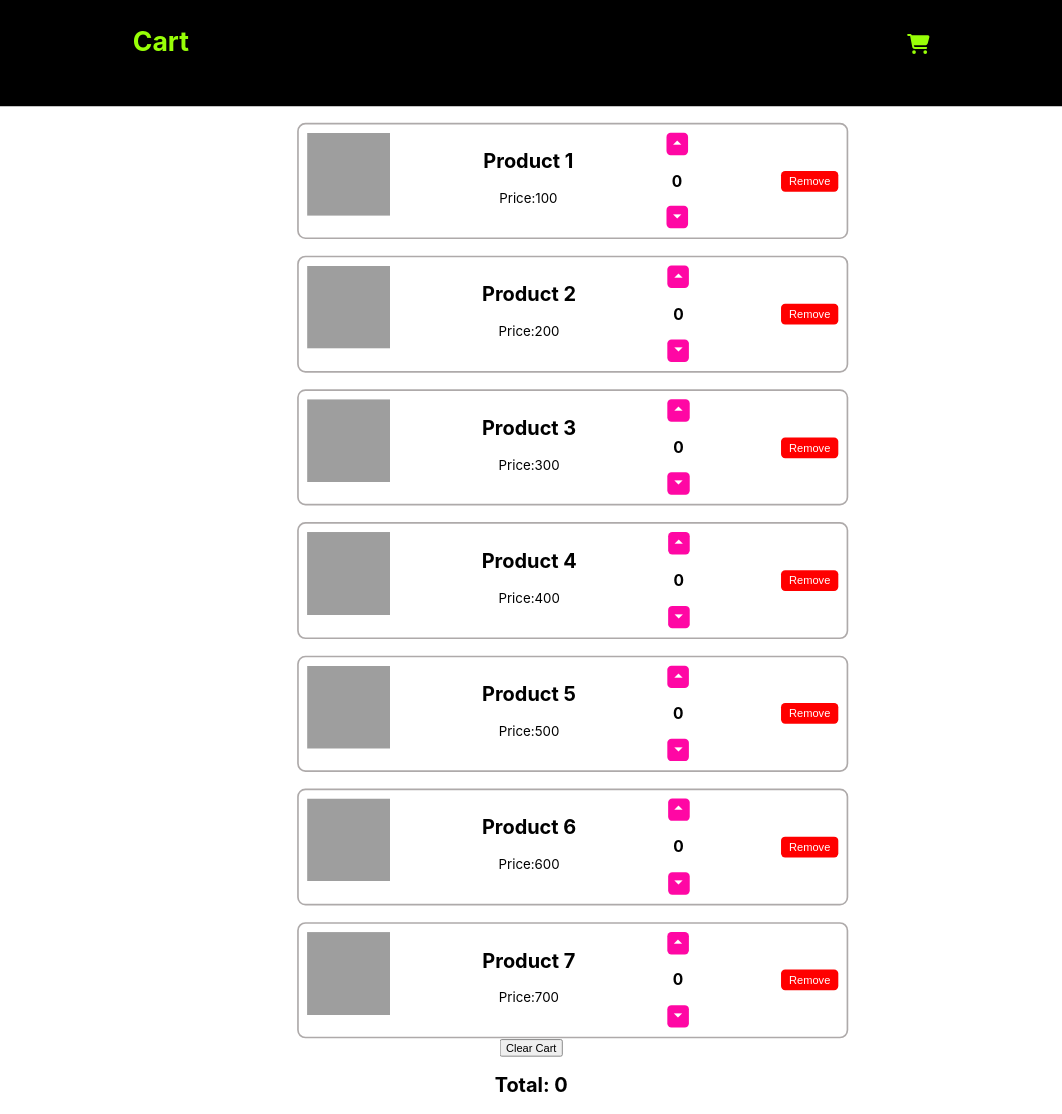
Repository: sriram1224/Cart-react-app
Page: /
An editor plug-in stored every save of this project. The page is shown before and after the next save, followed by the edit.
The browser window is 1280 px wide. The pictures show the whole page, at 83% of full size.
Pictures or frames that could not be fetched are drawn as grey boxes. The project was rebuilt for these pictures with package versions that can differ from the ones it lists, and the page was loaded fresh each time.

Above is the page before, as saved 2024-03-12 22:28:04.

### public/index.html
<!DOCTYPE html>
<html lang="en">

<head>
  <meta charset="utf-8" />
  <link rel="icon" href="%PUBLIC_URL%/favicon.ico" />
  <meta name="viewport" content="width=device-width, initial-scale=1" />
  <meta name="theme-color" content="#000000" />
  <meta name="description" content="Web site created using create-react-app">
  <link rel="stylesheet"
    href="https://fonts.googleapis.com/css2?family=Material+Symbols+Outlined:opsz,wght,FILL,GRAD@24,400,0,0" />


  <title>React App</title>
</head>

<body>
  <noscript>You need to enable JavaScript to run this app.</noscript>
  <div id="root"></div>

</body>

</html>

### src/App.js
import Nav from "./Components/Nav.js"
import './App.css';
import Cart from './Components/cart.js';
function App() {
  return (
    <div className="App">

      <Cart />
    </div>
  );
}

export default App;

### src/Components/Nav.js
import { FontAwesomeIcon } from '@fortawesome/react-fontawesome';
import { faShoppingCart } from '@fortawesome/free-solid-svg-icons';
import './Navbar.css';

function Navbar({ cartItems }) {
      console.log(cartItems);
    return (

      <div className="nav-container">
      <div className="cart">
          <div className="heading">
              <h1>
              Cart
              </h1>
          </div>
      <h1>
        <div className="cart-icon-container">
          <FontAwesomeIcon icon={faShoppingCart} className="cart-icon" />
          {cartItems > 0 && (
            <span className="cart-count">{cartItems}</span>
          )}
        </div>

      </h1>
    </div>
      </div>
  );
}

export default Navbar;

### src/Components/cart.js
import React, { useState, useEffect } from "react";
import { BiSolidUpArrow, BiSolidDownArrow } from "react-icons/bi";
import Nav from './Nav'
import './cart.css'

function Cart() {
    const [products, setProducts] = useState([
        { id: "1", name: "Product 1", price: 100, quantity: 0, image: "https://images.unsplash.com/photo-1564466809058-bf4114d55352?w=500&auto=format&fit=crop&q=60&ixlib=rb-4.0.3&ixid=M3wxMjA3fDB8MHxzZWFyY2h8MjN8fHByb2R1Y3R8ZW58MHx8MHx8fDA%3D" },
        { id: "2", name: "Product 2", price: 200, quantity: 0, image: "https://images.unsplash.com/photo-1560343090-f0409e92791a?w=500&auto=format&fit=crop&q=60&ixlib=rb-4.0.3&ixid=M3wxMjA3fDB8MHxzZWFyY2h8N3x8cHJvZHVjdHxlbnwwfHwwfHx8MA%3D%3D" },
        { id: "3", name: "Product 3", price: 300, quantity: 0, image: "https://images.unsplash.com/photo-1560343090-f0409e92791a?w=500&auto=format&fit=crop&q=60&ixlib=rb-4.0.3&ixid=M3wxMjA3fDB8MHxzZWFyY2h8N3x8cHJvZHVjdHxlbnwwfHwwfHx8MA%3D%3D" },
        { id: "4", name: "Product 4", price: 400, quantity: 0, image: "https://images.unsplash.com/photo-1542291026-7eec264c27ff?w=500&auto=format&fit=crop&q=60&ixlib=rb-4.0.3&ixid=M3wxMjA3fDB8MHxzZWFyY2h8MTF8fHByb2R1Y3R8ZW58MHx8MHx8fDA%3D" },
        { id: "5", name: "Product 5", price: 500, quantity: 0, image: "https://images.unsplash.com/photo-1553456558-aff63285bdd1?w=500&auto=format&fit=crop&q=60&ixlib=rb-4.0.3&ixid=M3wxMjA3fDB8MHxzZWFyY2h8MTJ8fHByb2R1Y3R8ZW58MHx8MHx8fDA%3D" },
        { id: "6", name: "Product 6", price: 600, quantity: 0, image: "https://images.unsplash.com/photo-1553456558-aff63285bdd1?w=500&auto=format&fit=crop&q=60&ixlib=rb-4.0.3&ixid=M3wxMjA3fDB8MHxzZWFyY2h8MTJ8fHByb2R1Y3R8ZW58MHx8MHx8fDA%3D" },
        { id: "7", name: "Product 7", price: 700, quantity: 0, image: "https://images.unsplash.com/photo-1583394838336-acd977736f90?w=500&auto=format&fit=crop&q=60&ixlib=rb-4.0.3&ixid=M3wxMjA3fDB8MHxzZWFyY2h8MTl8fHByb2R1Y3R8ZW58MHx8MHx8fDA%3D" }
    ]);

    const [total, setTotal] = useState(0);
    const [cartItems, setCartItems] = useState(0);

    useEffect(() => {
        let newCartItems = 0;
        products.forEach(product => {
            newCartItems += product.quantity;
        });
        setCartItems(newCartItems);
    }, [products]);

    const increaseQuantity = (index) => {
        const updatedProducts = [...products];
        updatedProducts[index].quantity++;
        setProducts(updatedProducts);
        updateTotal();
    };

    const decreaseQuantity = (index) => {
        const updatedProducts = [...products];
        if (updatedProducts[index].quantity > 0) {
            updatedProducts[index].quantity--;
            setProducts(updatedProducts);
            updateTotal();
        }
    };

    const updateTotal = () => {
        let newTotal = 0;
        products.forEach((product) => {
            newTotal += product.quantity * product.price;
        });
        setTotal(newTotal);
    };

    const clearCart = () => {
        setProducts([]);
        setTotal(0);
        setCartItems(0);
    };

    const removeFromCart = (index) => {
        const updatedProducts = [...products];
        updatedProducts.splice(index, 1);
        setProducts(updatedProducts);
        updateTotal();
    };

    return (
        <div>
            <Nav cartItems={cartItems} />
            <div className="">
                {products.map((product, index) => {
                    return (
                        <div className="product-container" key={index}>
                            <img src={product.image} alt={product.name} />
                            <div className="text">
                            <h2>{product.name}</h2>
                            <p>Price:{product.price}</p></div>
                            <div className="button-quantity">
                                <button onClick={() => increaseQuantity(index)}>
                                    <span class="material-symbols-outlined">
arrow_drop_up
</span>
                                </button>
                                <h3>{product.quantity}</h3>
                                <button onClick={() => decreaseQuantity(index)}>
                                    <span class="material-symbols-outlined">
arrow_drop_down
</span>
                                </button>
                            </div>
                            <div className="rm-button">
                            <button onClick={() => removeFromCart(index)}>Remove</button>
                        </div></div>
                    );
                })}
                <button onClick={clearCart}>Clear Cart</button>
                <h2>Total: {total}</h2>
            </div>
        </div>
    );
}

export default Cart;

### src/Components/Navbar.css
.cart-icon-container {
    position: relative;
    display: inline-block;
}

.cart-icon {
    font-size: 1.5rem;
    color: rgb(152, 255, 7);

}

.cart-count {
    position: absolute;
    top: -10px;

    right: -10px;
    /* Adjust the horizontal positioning */
    background-color: red;
    color: white;
    border-radius: 50%;
    padding: 2px 6px;
    font-size: 0.8rem;
    /* Adjust the font size as needed */
}

.cart{
    display: flex;
    justify-content: space-between;
    margin: 0 10rem;
    align-items: center;
    padding-top: 10px;

}

.heading{
text-align: center;
color: rgb(152, 255, 7);
}

.nav-container{
    width: 100%;
    height: 8rem;
    background-color:rgb(0, 0, 0)
}

### src/Components/cart.css
.product-container{
    display: flex;
    gap: 20px;
    justify-content: space-between;
    width: 50%;
    position: relative;
    left: 28%;
    text-align: center;
    margin-top: 20px;
    border: 2px solid rgb(174, 170, 170);
    padding: 10px;
    border-radius: 10px;
}

.product-container img{
    width: 100px;
    height: 100px;
}
.rm-button{
    display: flex;
    align-items: center;
}
.rm-button button{

    background-color: red;
    color: white;
    border: none;
    padding: 5px 10px;
    border-radius: 5px;
    cursor: pointer;
}
.button-quantity span{
    color:rgb(255, 255, 255);

}

.button-quantity button{
   background-color: rgb(255, 7, 164);
    border: none;
    padding: 0px 1px;
    border-radius: 5px;

    cursor: pointer;
}

.text{


    text-align: center;
    gap: 10px;
}
.text p{
    text-align: center;
}

Loaded but not shown: src/index.js (common file); src/index.css (common file); src/reportWebVitals.js (common file); src/App.css (common file)

After the next save:
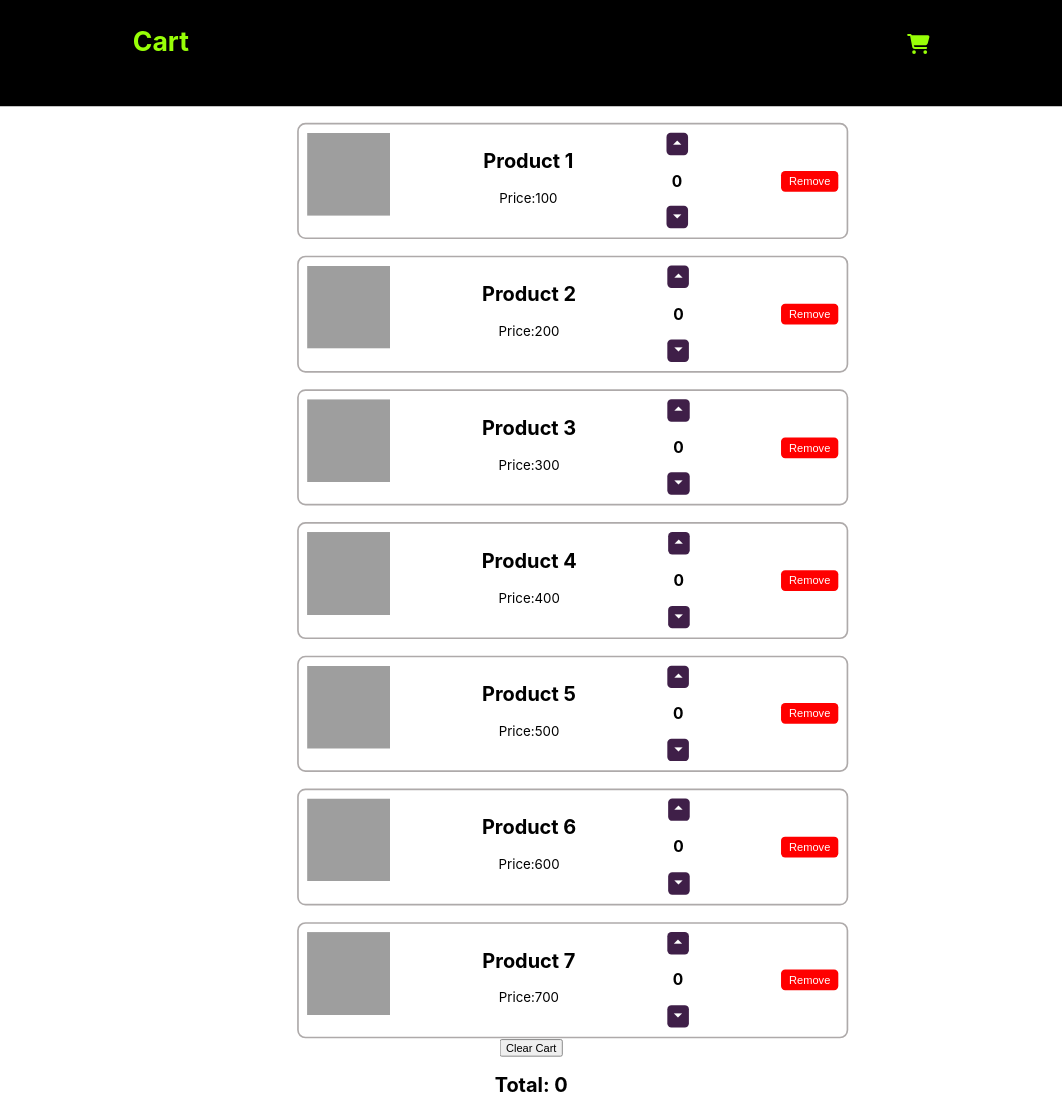
Saved 13 s later.
--- a/src/Components/cart.css
+++ b/src/Components/cart.css
@@ -35,7 +35,7 @@
 }
 
 .button-quantity button{
-   background-color: rgb(255, 7, 164);
+   background-color: rgb(63, 31, 72);
     border: none;
     padding: 0px 1px;
     border-radius: 5px;
